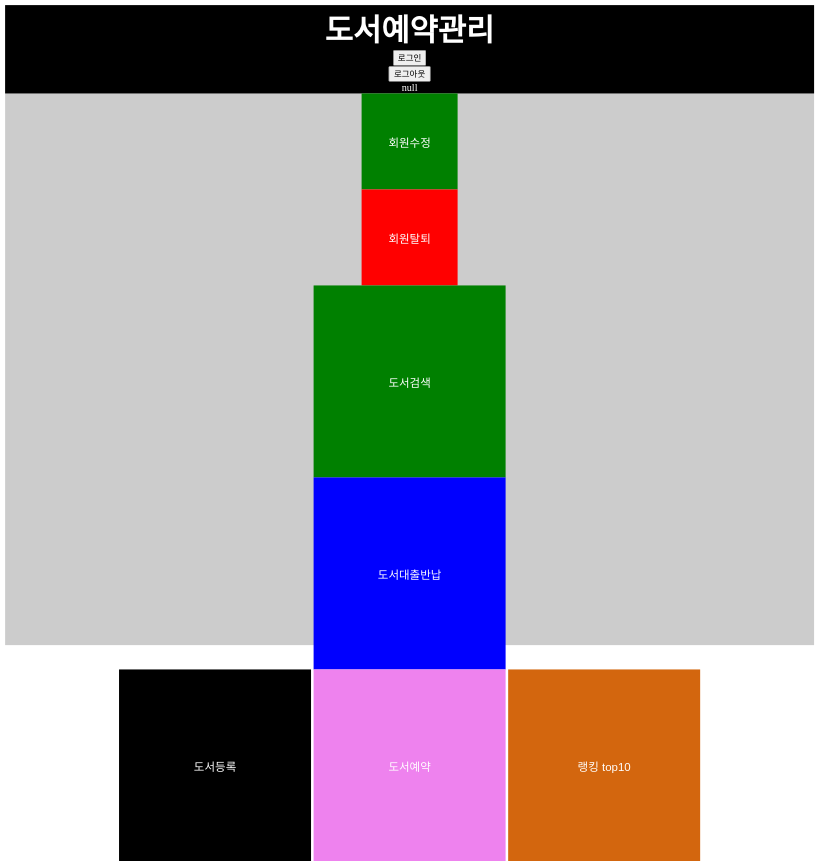
Repository: hii9505/DB_engineering_education
Page: http://localhost/TestIsp/Homepage.jsp
An editor plug-in stored every save of this project. The page is shown before and after the next save, followed by the edit.
The browser window is 1280 px wide. The pictures show the whole page, at 64% of full size.
The page is served by Tomcat 9. Other server files are loaded and not shown.

Above is the page before, as saved 2019-12-20 11:59:00.

### eclipse-workspace/TestISP/TestIsp/WebContent/Homepage.jsp
<%@ page language="java" contentType="text/html; charset=UTF-8"
    pageEncoding="UTF-8"%>
<!DOCTYPE html>
<html>
<head>
<meta charset="UTF-8">
<title>homepage</title>
</head>
<style>
       #background{
        background: #cccccc;
        height: 1000px;
    }

    #title{
        background: black;
    }

    #mypage{
        background: green;
        border: 1px white;
        height: 150px;
        width: 150px;
        font-size: large;
        color: white;
    }


    #deletemypage{
        background: red;
        border: 1px white;
        height: 150px;
        width: 150px;
        font-size: large;
        color: white;
    }
    #search{
        background: green;
        border: 1px white;
        height: 300px;
        width: 300px;
        font-size: large;
        color: white;
    }
    #rental{
        background: blue;
        border: 1px white;
        height: 300px;
        width: 300px;
        font-size: large;
        color: white;
    }
    #AddBook{
        background: black;
        border: 1px white;
        height: 300px;
        width: 300px;
        font-size: large;
        color: white;
    }
    #reservation{
        background: violet;
        border: 1px white;
        height: 300px;
        width: 300px;
        font-size: large;
        color: white;
    }
    #ranking{
        background: rgb(211, 102, 14);
        border: 1px white;
        height: 300px;
        width: 300px;
        font-size: large;
        color: white;
    }

</style>

<body>

   <div id = "background">

                <center>
                    <div id = "container">
                        <div id="title"><font size="10" color="white"><strong>도서예약관리</strong></font></br>
                        <form method="post" action="Login.jsp">
                        <input type="submit" value="로그인">
                        </form>
                        <form method="post" action="logout.jsp">
                        <input type="submit" value="로그아웃"></br>
                        </form>
                        <div><font color="white"><%=(String)session.getAttribute("id") %></font></div>
                        </div>
                    </div>
                    <form method="post" action="accountrestore.jsp">
                    <input type="submit" value="회원수정" id="mypage">
                    </form>
                 	<form method="post" action="deleteAccount.jsp">
                 		<input type="submit" value="회원탈퇴" id="deletemypage">
                 	</form>
                 	<form method="post" action="booksearch.jsp">
                    <input type="submit" value="도서검색" id="search">
                 	</form>
                    <input type="submit" value="도서대출반납" id="rental"></br>
                    <input type="submit" value="도서등록" id="AddBook">
                    <input type="submit" value="도서예약" id="reservation">
                    <input type="submit" value="랭킹 top10" id="ranking">

                </center>
        </div>



</body>

<script type="text/javascript">
</script>
</html>

After the next save:
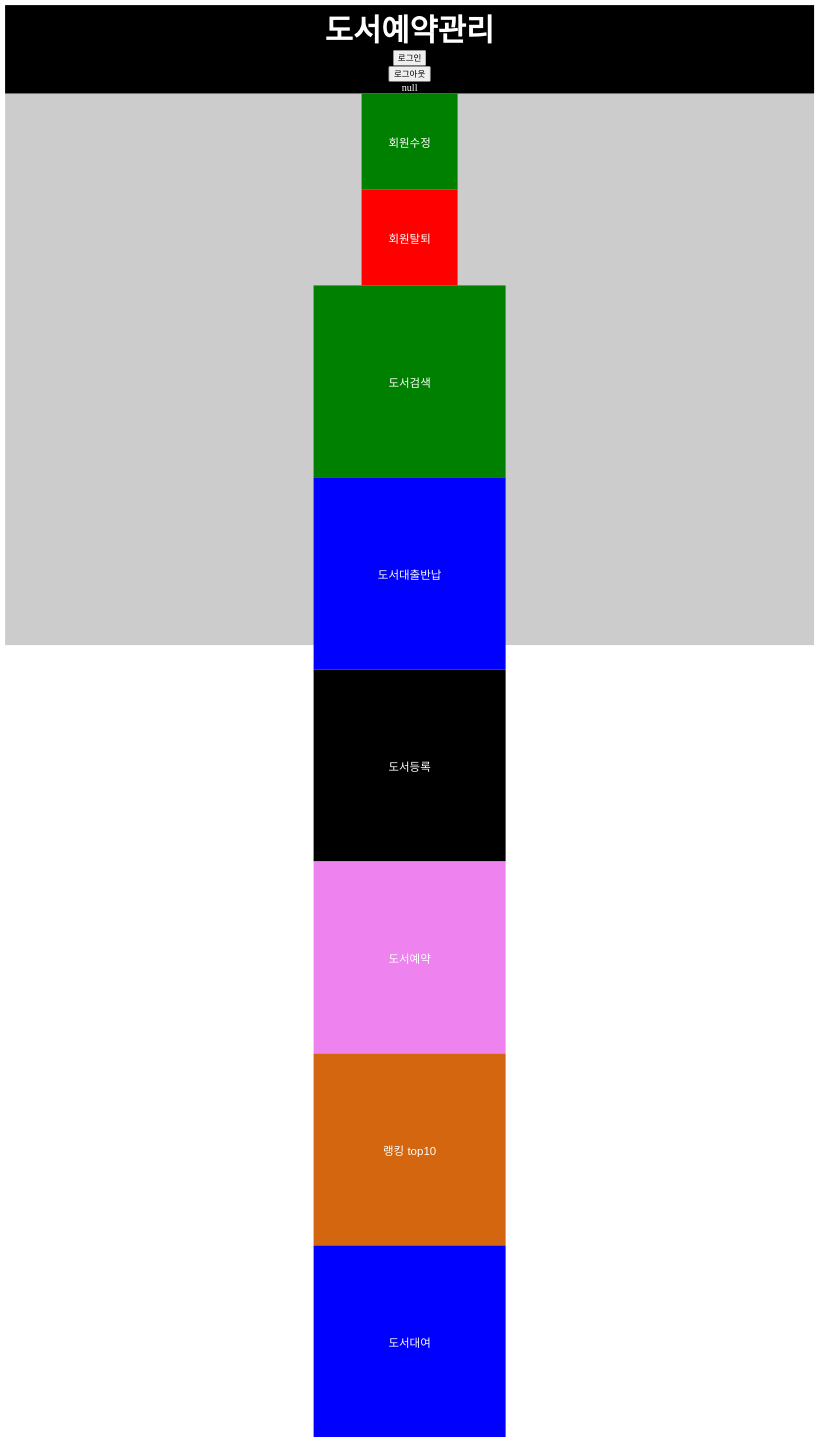
Saved 11 min 36 s later.
--- a/eclipse-workspace/TestISP/TestIsp/WebContent/Homepage.jsp
+++ b/eclipse-workspace/TestISP/TestIsp/WebContent/Homepage.jsp
@@ -102,10 +102,22 @@
                  	<form method="post" action="booksearch.jsp">
                     <input type="submit" value="도서검색" id="search">
                  	</form>
+
                     <input type="submit" value="도서대출반납" id="rental"></br>
                     <input type="submit" value="도서등록" id="AddBook">
+
+                    <form method="post" action="yourReservationPage.jsp">
                     <input type="submit" value="도서예약" id="reservation">
+                    </form>
+
+                    <form method="post" action="booksearch.jsp">
                     <input type="submit" value="랭킹 top10" id="ranking">
+                    </form>
+
+                  	<form method="post" action="yourRentalPage.jsp">
+                   	<input type="submit" value="도서대여" id="rental">
+                  	</form>
+
 
                 </center>
         </div>
